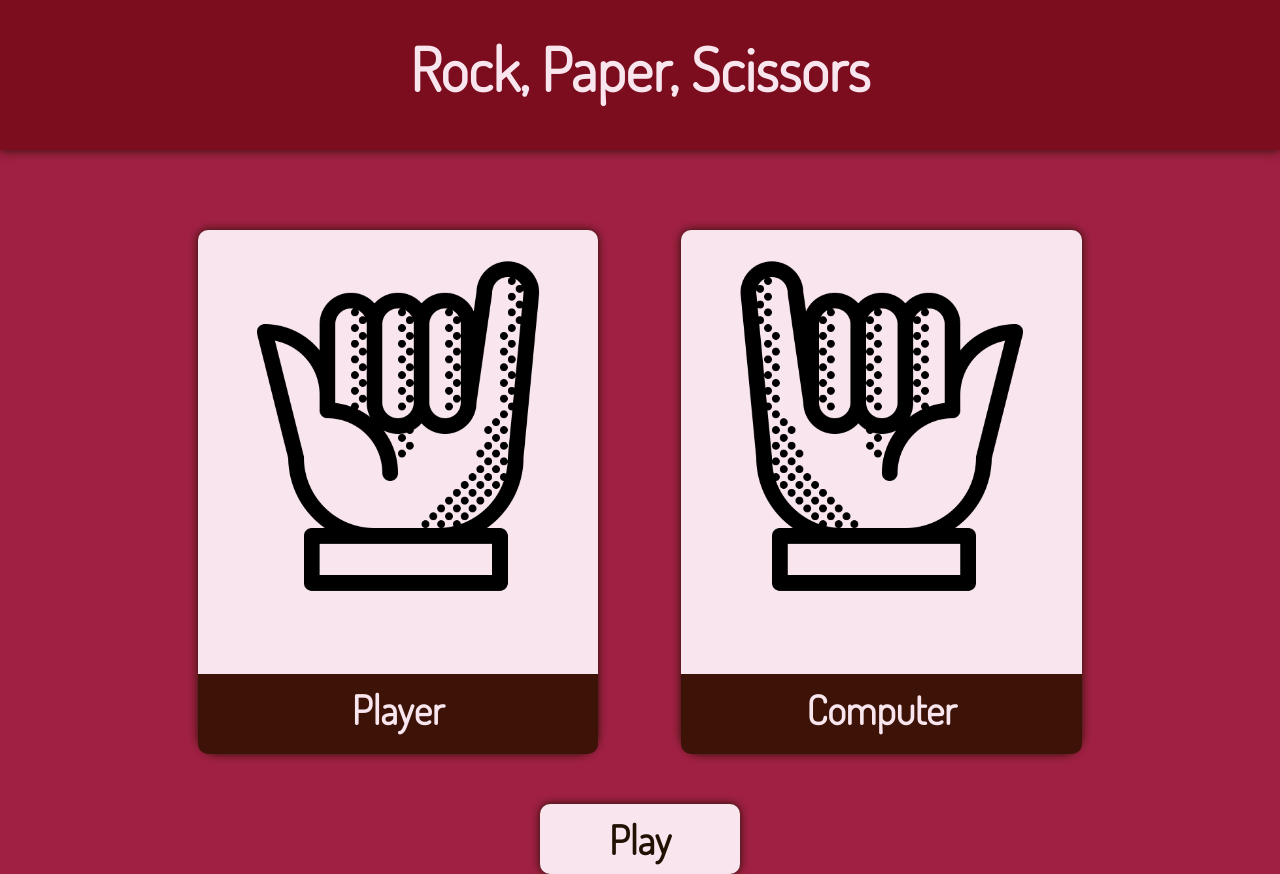
Repository: shayanabedi98/rock-paper-scissors
Page: index.html
These files come from the project's save history. The page is drawn as it stood at one moment and after the next save; the edit follows.
The browser window is 1280 px wide. The pictures show the whole page.

Above is the page before, as saved 2023-07-13 20:09:23.

After the next save:
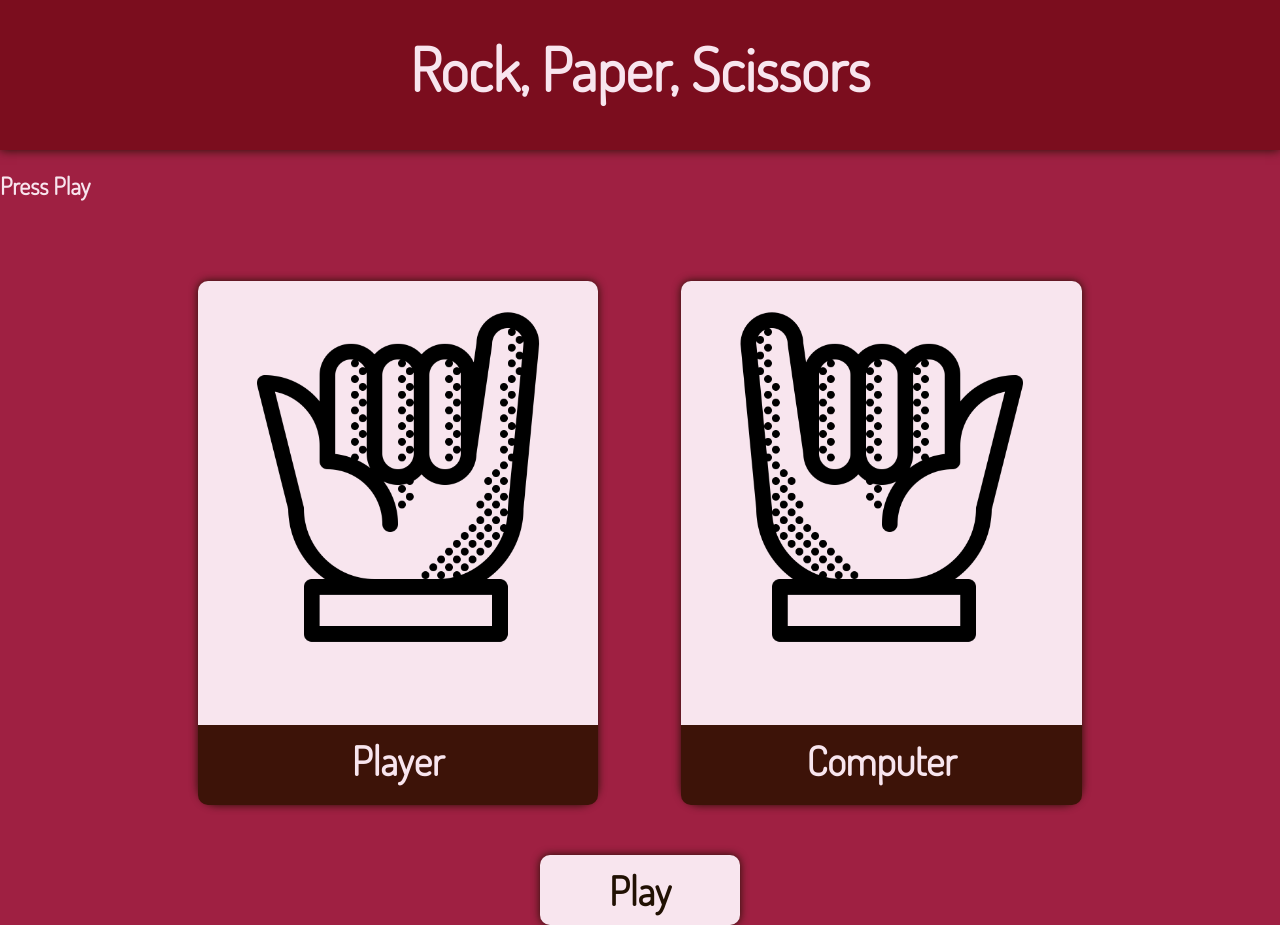
Saved 4 min 38 s later.
--- a/index.html
+++ b/index.html
@@ -12,6 +12,9 @@
 <body>
     <div class="header">
         <h1>Rock, Paper, Scissors</h1>
+    </div>
+    <div>
+        <h2>Press Play</h2>
     </div>
     <div class="container">
         <div class="card">
